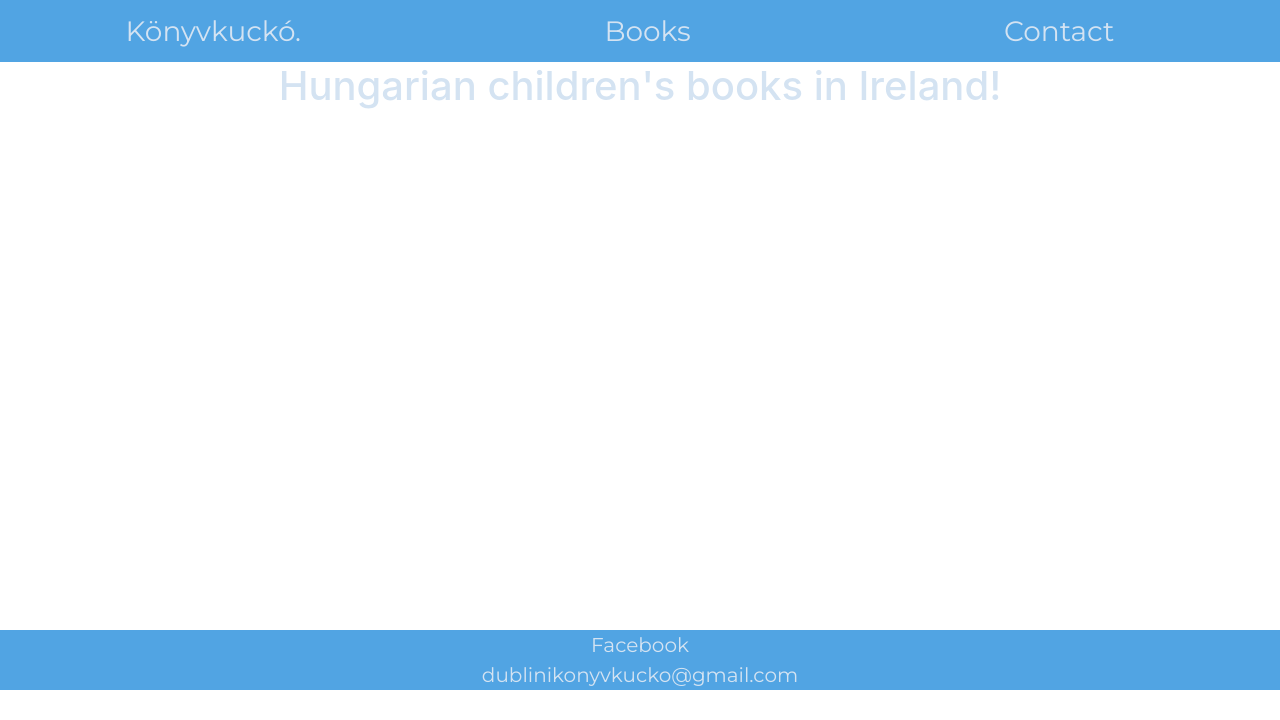
Repository: taikatta/Konyvkucko
Page: index.html
The author's editor kept a record of every edit. The page is drawn from the files as they stood at one moment, then again after the next edit.
The browser window is 1280 px wide. The pictures show the whole page.
Backgrounds fixed to the window are drawn as part of the page.

Above is the page before.

After the next edit:
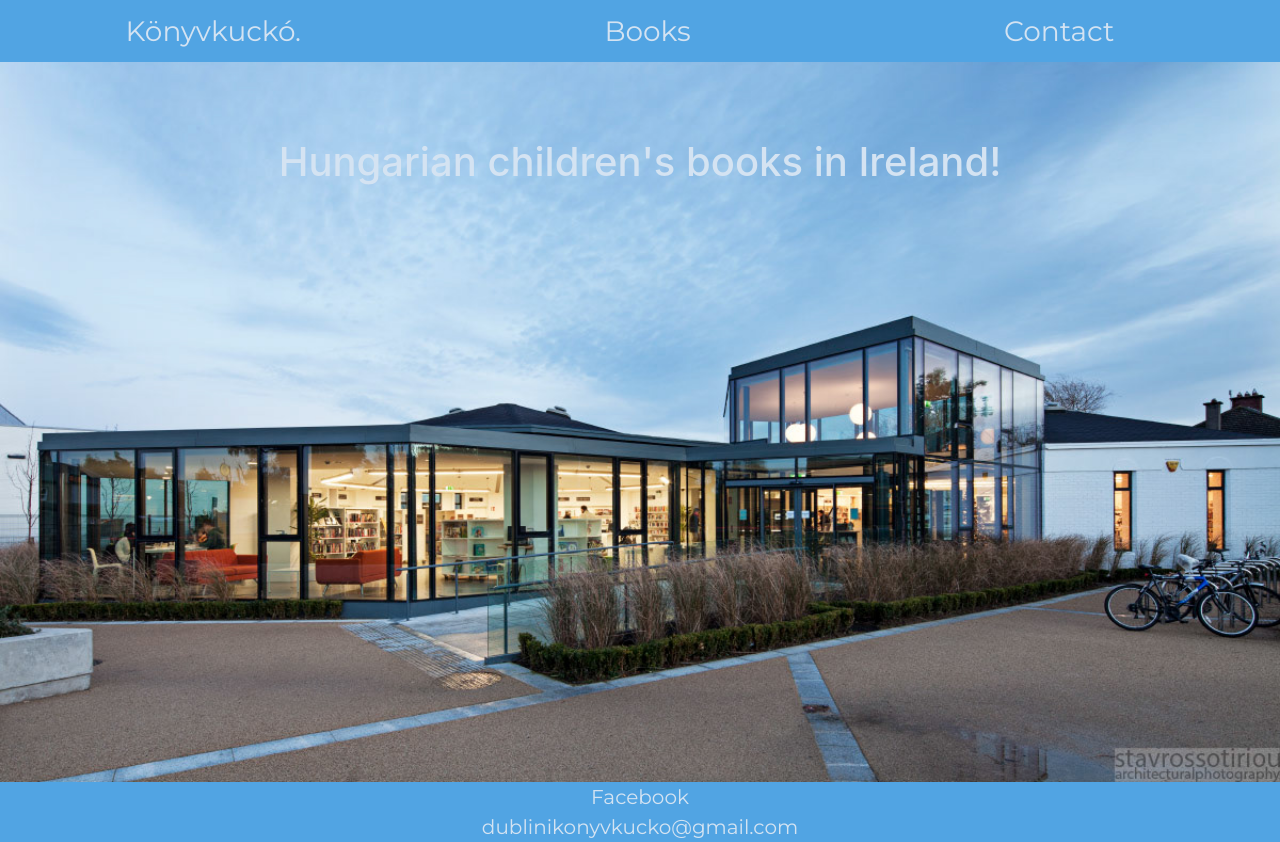
The edit:
--- a/css/style.css
+++ b/css/style.css
@@ -88,7 +88,7 @@
 }
 
 
-.callout-container {
+.home-background {
     height: 100vh;
     background: url("../images/deansgrange1.jpg") no-repeat bottom right fixed;
     -webkit-background-size: cover;
